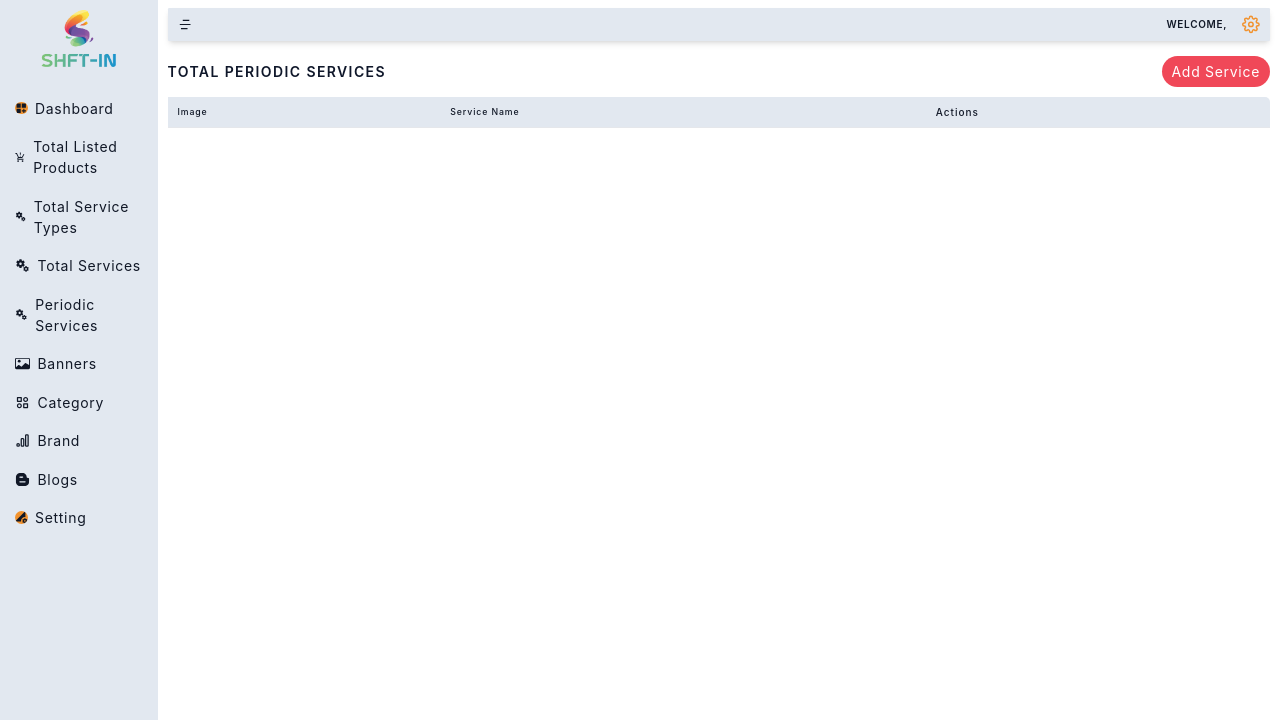
Repository: rohit0915/Mr-Arun-Chauhan-Admin-Panel
Page: /periodicService
The author's editor kept a copy of each file at every save. The page is drawn from the files as they stood at one save, then again after the next save.
The browser window is 1280 px wide. The pictures show the whole page.
The page's requests for data from a server got no answer. The project was rebuilt for these pictures with package versions that can differ from the ones it lists, and the page was loaded fresh each time. No one was signed in, and anything a server would have sent is missing. Also part of the build but not shown: src/components/BaseUrl.jsx, src/components/forms/Login.jsx, src/components/pages/Dashboard.jsx, src/vendorPanel/components/Auth.jsx, src/components/pages/products/Products.jsx, src/components/pages/categories/Categories.jsx, src/components/pages/subcategories/SubCategories.jsx, src/components/pages/manageprofiles/ManageProfiles.jsx and 75 more.

Above is the page before, as saved 2022-11-16 13:07:19.

After the next save:
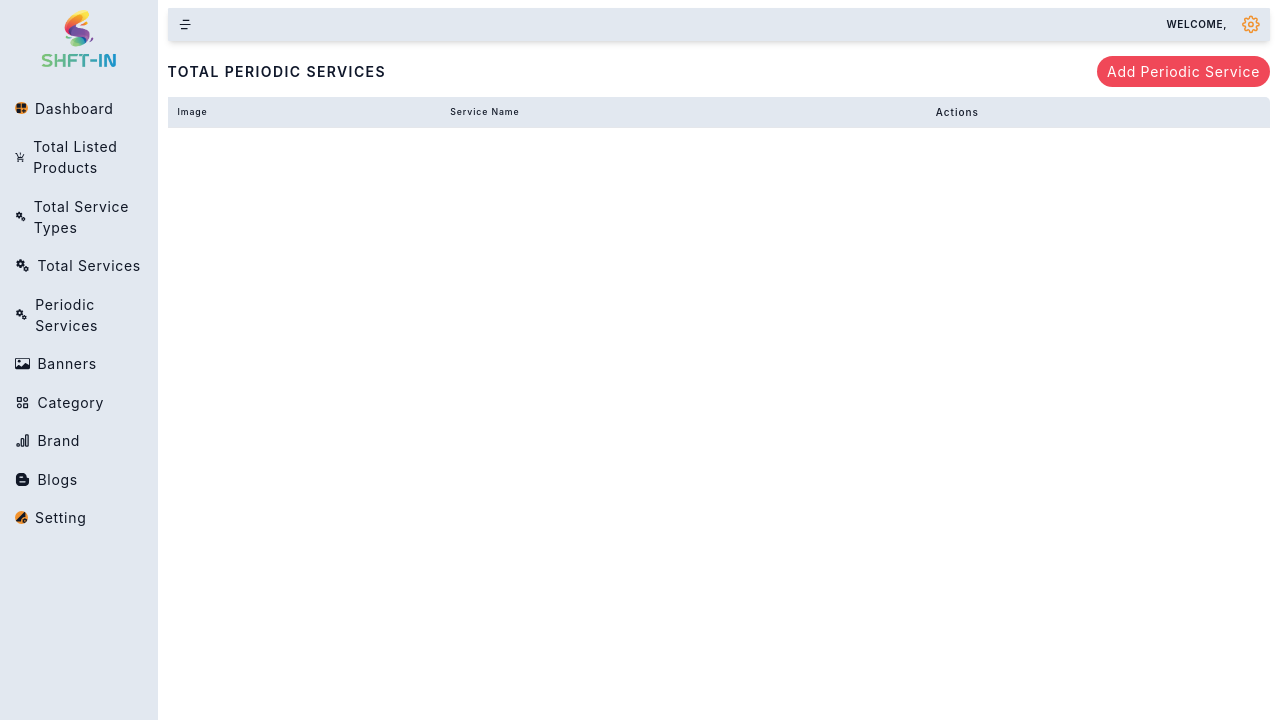
Saved 9 s later.
--- a/src/components/pages/Periodic/Periodic.js
+++ b/src/components/pages/Periodic/Periodic.js
@@ -137,7 +137,7 @@ const Periodic = () => {
               }}
               className="md:py-2 px-3 md:px-4 py-1 rounded-full bg-[rgb(240,72,88)] text-white tracking-wider"
             >
-              Add Service
+               Add  Periodic Service
             </button>
           </div>
 
